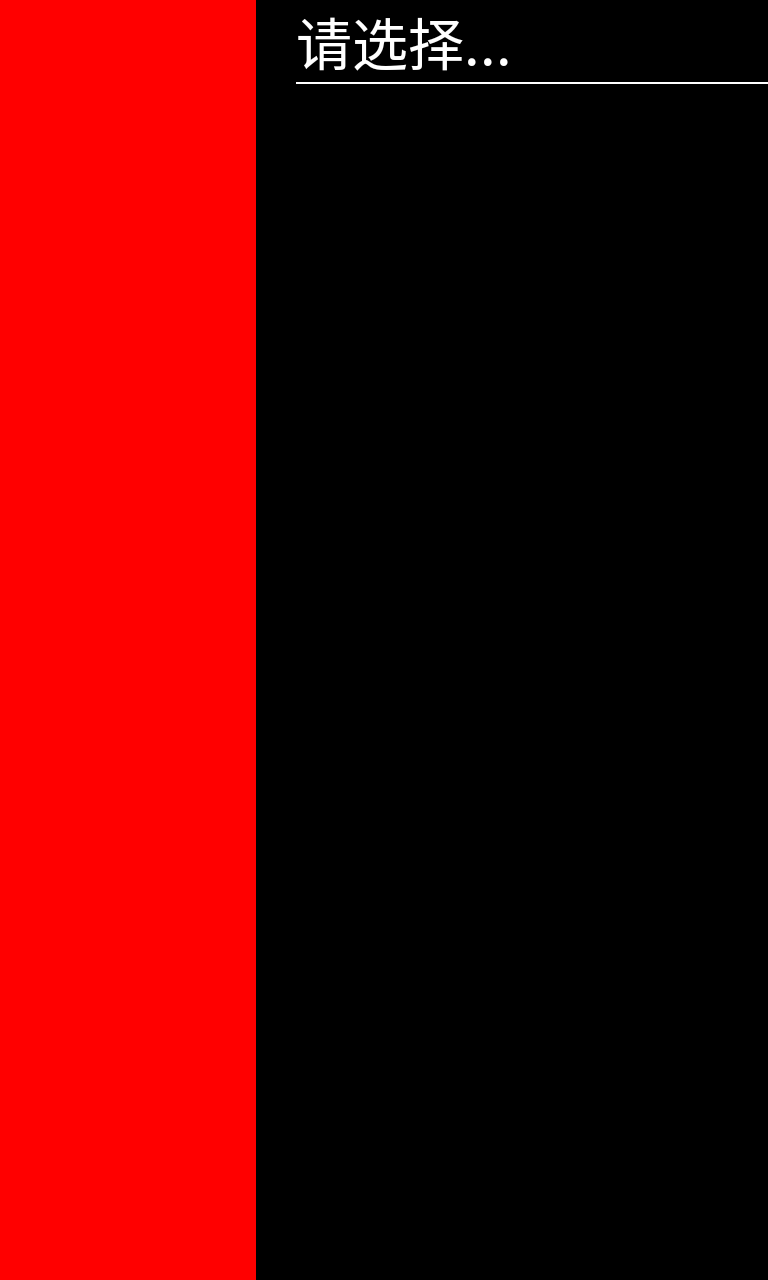
Repository: hhxiaojQCS/QCS_ListView
Layout: QCS/res/layout/activity_filter.xml
An editor plug-in stored every save of this project. The layout is shown before and after the next save, followed by the edit.
It is drawn on a 768 x 1280 px phone screen (xhdpi) without system bars, with theme AppTheme; the app's code is not run. Lists and similar views that code fills are empty.

Above is the layout before, as saved 2013-08-07 08:08:37.

After the next save:
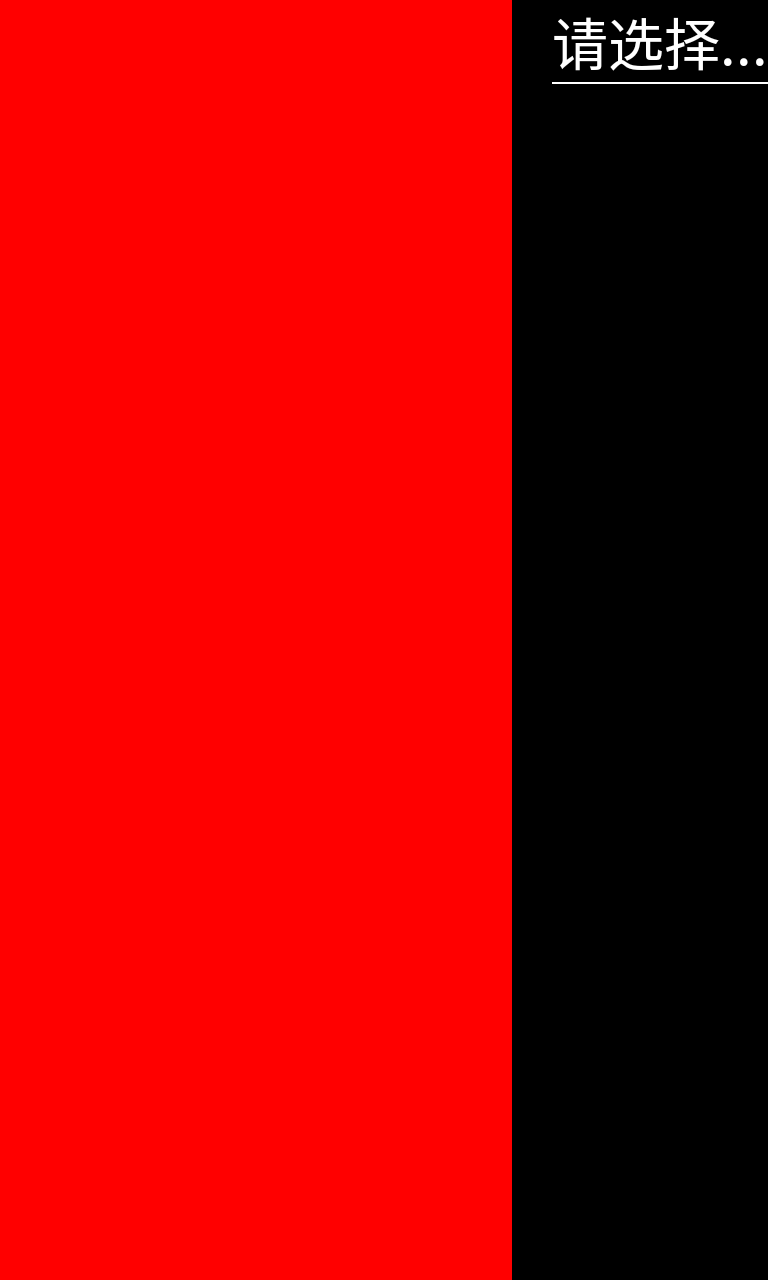
Saved 39 s later.
--- a/QCS/res/layout/activity_filter.xml
+++ b/QCS/res/layout/activity_filter.xml
@@ -10,7 +10,7 @@
         android:id="@+id/lilay_filter_01"
         android:layout_width="match_parent"
         android:layout_height="match_parent"
-        android:layout_weight="4"
+        android:layout_weight="2"
         android:background="#FF0000"
         android:orientation="vertical"
         android:alpha="100" >
@@ -20,7 +20,7 @@
         android:id="@+id/lilay_filter_02"
         android:layout_width="match_parent"
         android:layout_height="match_parent"
-        android:layout_weight="2"
+        android:layout_weight="4"
         android:orientation="vertical" >
 
         <LinearLayout
